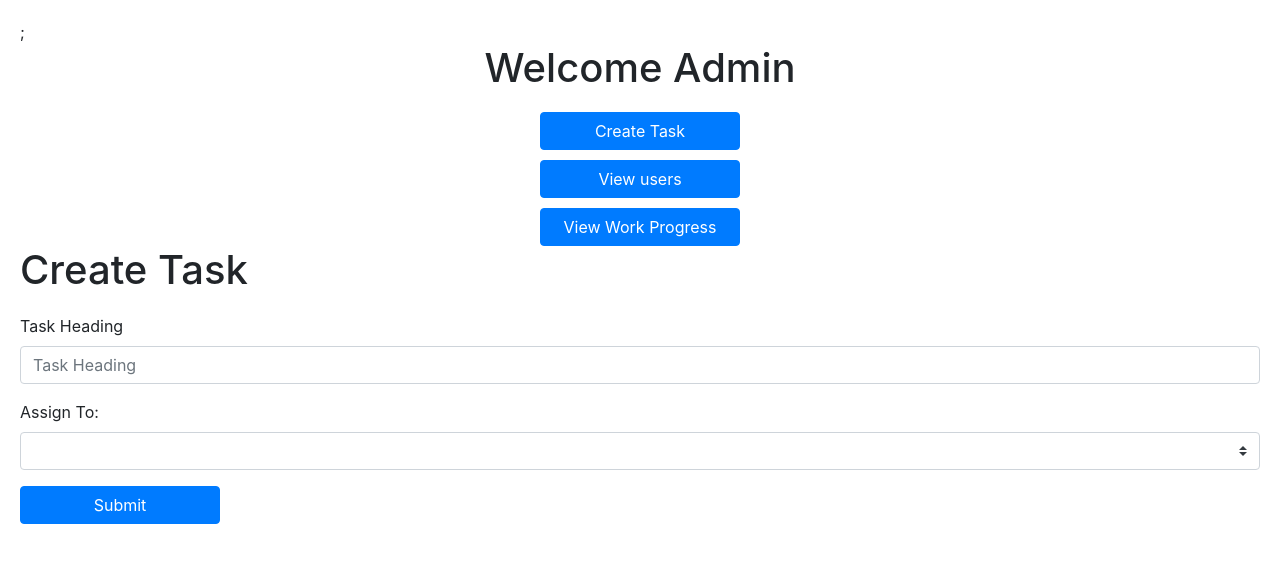
Repository: neha-rouniyar/taskmgmt
Page: http://localhost/admin/create-task
An editor plug-in stored every save of this project. The page is shown before and after the next save, followed by the edit.
The browser window is 1280 px wide. The pictures show the whole page.
Some web libraries are served in a nearby version. The page is served by the project's Laravel application, run on PHP 8.4 with Laravel 10. Other server files are loaded and not shown. Queries for data that is not in the repository find no rows.

Above is the page before, as saved 2023-12-11 15:20:17.

### routes/web.php
<?php

use App\Http\Controllers\AdminController;
use Illuminate\Support\Facades\Route;
use App\Http\Controllers\LoginController;
/*
|--------------------------------------------------------------------------
| Web Routes
|--------------------------------------------------------------------------
|
| Here is where you can register web routes for your application. These
| routes are loaded by the RouteServiceProvider and all of them will
| be assigned to the "web" middleware group. Make something great!
|
*/

Route::get('/', function () {
    return view('welcome');
});
Route::get('/login-form',[LoginController::class,'index'])->name('login.form');
Route::post('/login-form-submit',[LoginController::class,'loginFormSubmit'])->name('login.form.submit');




Route::get('/register-form',[LoginController::class,'index2'])->name('register.form');
Route::post('/register-form-submit',[LoginController::class,'registerFormSubmit'])->name('register.form.submit');


//user dashboard
Route::get('/user-dashboard',[LoginController::class,'userDashboard'])->name('user.dashboard');
Route::get('/admin-dashboard',[LoginController::class,'adminDashboard'])->name('admin.dashboard');


//admin
Route::get('/admin/view-users',[AdminController::class,'viewUsers'])->name('admin.view.users');
Route::get('/admin/create-task',[AdminController::class,'createTask'])->name('admin.create.task');
Route::get('/admin/view-work-progress',[AdminController::class,'viewWorkProgress'])->name('admin.view.workprogress');

### app/Http/Controllers/AdminController.php
<?php

namespace App\Http\Controllers;

use App\Models\User;
use Illuminate\Http\Request;

class AdminController extends Controller
{
    public function viewUsers()
    {
        $users=User::all()->where('usertype','regular');
        // dd($users);
        return view('admin.viewUsers',compact('users'));
    }
    public function createTask()
    {
        $users=User::all()->where('usertype','regular');
        return view('admin.task.create',compact('users'));
    }
    public function viewWorkProgress()
    {
        return view('admin.task.workprogress');
    }
}

### resources/views/admin/task/create.blade.php
@extends('admin.dashboard');
@section('admin-content')

<h1>Create Task</h1>
<form action="" method="POST">
    @csrf
      <div class="form-group">
        <label for="exampleInputEmail1">Task Heading</label>
        <input type="text" name="heading" class="form-control" id="exampleInputEmail1" aria-describedby="emailHelp" placeholder="Task Heading" required>
      </div>
      <div class="form-group">
        <label for="assignee">Assign To:</label>
        <div class="custom-dropdown">
            <select name="assignee" id="assignee" class="custom-select">
                @foreach ($users as $data)
                    <option value="{{$data->id}}">{{$data->username}}</option>
                @endforeach
            </select>
            <div class="custom-dropdown-arrow"></div>
        </div>
    </div>
      <button type="submit" class="btn btn-primary">Submit</button>
    </form>

@endsection

### resources/views/admin/dashboard.blade.php
<!doctype html>
<html lang="en">
  <head>
    <!-- Required meta tags -->
    <meta charset="utf-8">
    <meta name="viewport" content="width=device-width, initial-scale=1, shrink-to-fit=no">

    <!-- Bootstrap CSS -->
    <link rel="stylesheet" href="https://cdn.jsdelivr.net/npm/bootstrap@4.0.0/dist/css/bootstrap.min.css" integrity="sha384-Gn5384xqQ1aoWXA+058RXPxPg6fy4IWvTNh0E263XmFcJlSAwiGgFAW/dAiS6JXm" crossorigin="anonymous">
    <style>
      body {
          padding: 20px;
      }

      h1 {
          margin-bottom: 20px;
      }

      .btn-container {
          display: flex;
          flex-direction: column;
          gap: 10px;
      }

      .btn-container a {
          text-decoration: none;
      }

      .btn {
          width: 200px;
      }
  </style>
    <title>Hello, world!</title>
  </head>
  <body>
    <div class="container text-center">
        <h1>Welcome Admin</h1>
        <div class="btn-container">
            <a href="{{route('admin.create.task')}}">
                <button type="button" class="btn btn-primary">Create Task</button>
            </a>
            <a href="{{route('admin.view.users')}}">
                <button type="button" class="btn btn-primary">View users</button>
            </a>
            <a href="{{route('admin.view.workprogress')}}">
                <button type="button" class="btn btn-primary">View Work Progress</button>
            </a>
        </div>
    </div>
    @yield('admin-content')
    <script src="https://code.jquery.com/jquery-3.2.1.slim.min.js" integrity="sha384-KJ3o2DKtIkvYIK3UENzmM7KCkRr/rE9/Qpg6aAZGJwFDMVNA/GpGFF93hXpG5KkN" crossorigin="anonymous"></script>
    <script src="https://cdn.jsdelivr.net/npm/popper.js@1.12.9/dist/umd/popper.min.js" integrity="sha384-ApNbgh9B+Y1QKtv3Rn7W3mgPxhU9K/ScQsAP7hUibX39j7fakFPskvXusvfa0b4Q" crossorigin="anonymous"></script>
    <script src="https://cdn.jsdelivr.net/npm/bootstrap@4.0.0/dist/js/bootstrap.min.js" integrity="sha384-JZR6Spejh4U02d8jOt6vLEHfe/JQGiRRSQQxSfFWpi1MquVdAyjUar5+76PVCmYl" crossorigin="anonymous"></script>
</body>
</html>

Loaded but not shown: app/Http/Controllers/Controller.php (common file); app/Models/User.php (common file)

After the next save:
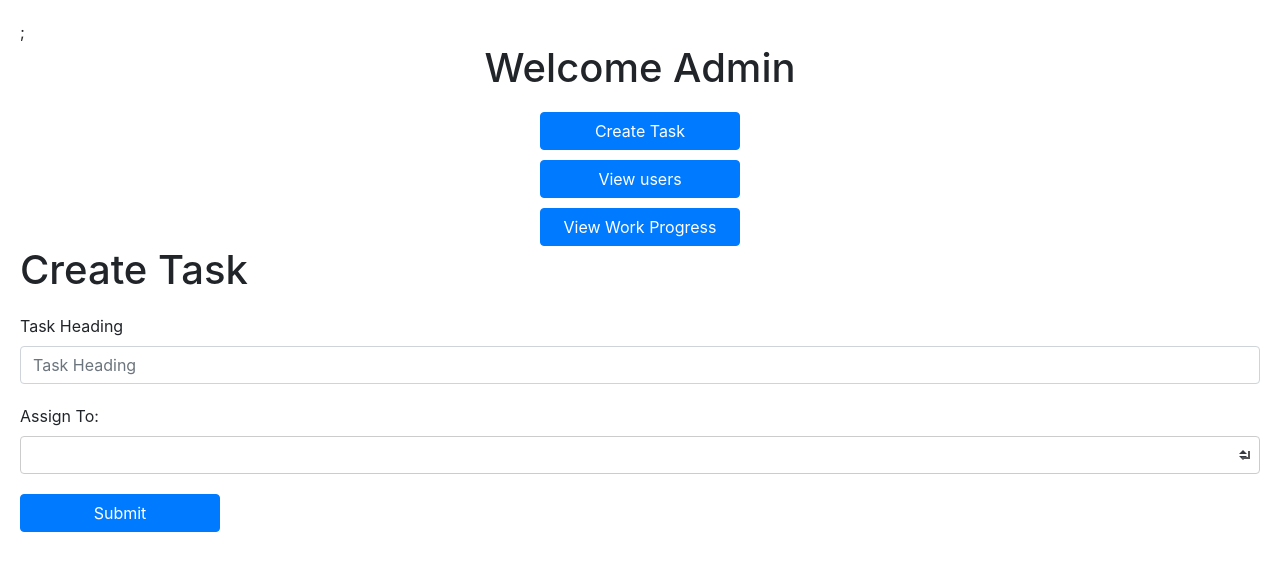
Saved 9 s later.
--- a/resources/views/admin/task/create.blade.php
+++ b/resources/views/admin/task/create.blade.php
@@ -1,6 +1,48 @@
 @extends('admin.dashboard');
 @section('admin-content')
+<style>
+    .form-group {
+    margin-bottom: 20px;
+}
 
+.custom-dropdown {
+    position: relative;
+    width: 100%;
+}
+
+.custom-select {
+    width: 100%;
+    padding: 10px;
+    box-sizing: border-box;
+    border: 1px solid #ccc;
+    border-radius: 4px;
+    appearance: none;
+    background-color: #fff;
+    cursor: pointer;
+}
+
+.custom-dropdown-arrow {
+    position: absolute;
+    top: 50%;
+    right: 10px;
+    transform: translateY(-50%);
+    border: solid #555;
+    border-width: 0 2px 2px 0;
+    display: inline-block;
+    padding: 3px;
+    transition: transform 0.3s ease-in-out;
+}
+
+.custom-select:focus + .custom-dropdown-arrow {
+    transform: translateY(-50%) rotate(-45deg);
+}
+
+/* Style for the dropdown options */
+.custom-select option {
+    padding: 10px;
+}
+
+</style>
 <h1>Create Task</h1>
 <form action="" method="POST">
     @csrf
